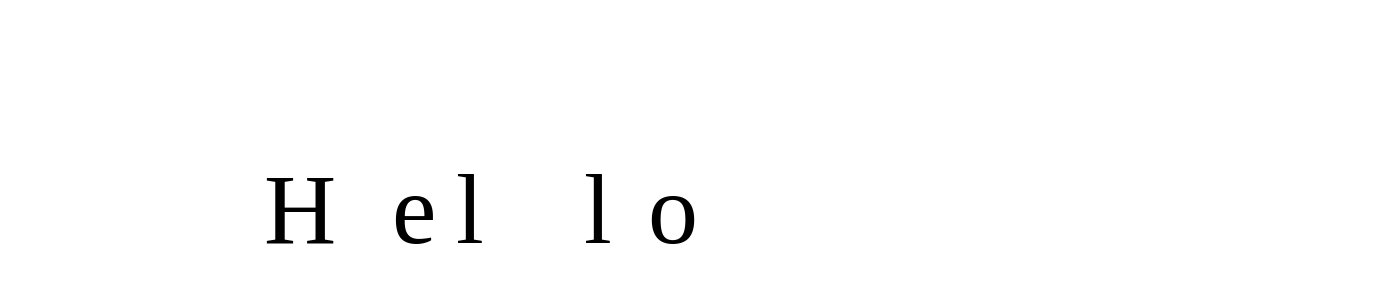
Repository: julihocc/javascript-interview-practice
Page: 01 HTML CSS/Exercise 75/index.html
The author's editor kept a copy of each file at every save. The page is drawn from the files as they stood at one save, then again after the next save.
The browser window is 1280 px wide. The page is 1400 px wide, so the pictures cover 1400 px, including what lies to the right of the window. The pictures show the whole page.

Above is the page before, as saved 2022-09-30 00:24:47.

### 01 HTML CSS/Exercise 75/index.html

<!DOCTYPE html>
<!--[if lt IE 7]>      <html class="no-js lt-ie9 lt-ie8 lt-ie7"> <![endif]-->
<!--[if IE 7]>         <html class="no-js lt-ie9 lt-ie8"> <![endif]-->
<!--[if IE 8]>         <html class="no-js lt-ie9"> <![endif]-->
<!--[if gt IE 8]>      <html class="no-js"> <!--<![endif]-->
<html>
    <head>
        <meta charset="utf-8">
        <meta http-equiv="X-UA-Compatible" content="IE=edge">
        <title></title>
        <meta name="description" content="">
        <meta name="viewport" content="width=device-width, initial-scale=1">
        <link rel="stylesheet" href="./style.css">
    </head>
    <body>
        <div class="wrapper">
            <div class="letter" id="l1">H</div>
            <div class="letter" id="l2">e</div>
            <div class="letter" id="l3">l</div>
            <div class="letter" id="l4">l</div>
            <div class="letter" id="l5">o</div>
        </div>
        <script src="" async defer></script>
    </body>
</html>

### 01 HTML CSS/Exercise 75/style.css
.wrapper {
    position: relative;
    left: 10vw;
    /* font-size:  100px; */
}

.letter{
    position: absolute;
    font-size: 100px;
    top: 20vh;
}

.letter:hover {
    position: absolute;
    font-size: 300px;
    top: 5vh;
}

#l1, #l1:hover {
    left: 10vw;
}

#l2, #l2:hover {
    left: 20vw;
}

#l3, #l3:hover {
    left: 25vw;
}

#l4, #l4:hover {
    left: 35vw;
}

#l5, #l5:hover {
    left: 40vw;
}

After the next save:
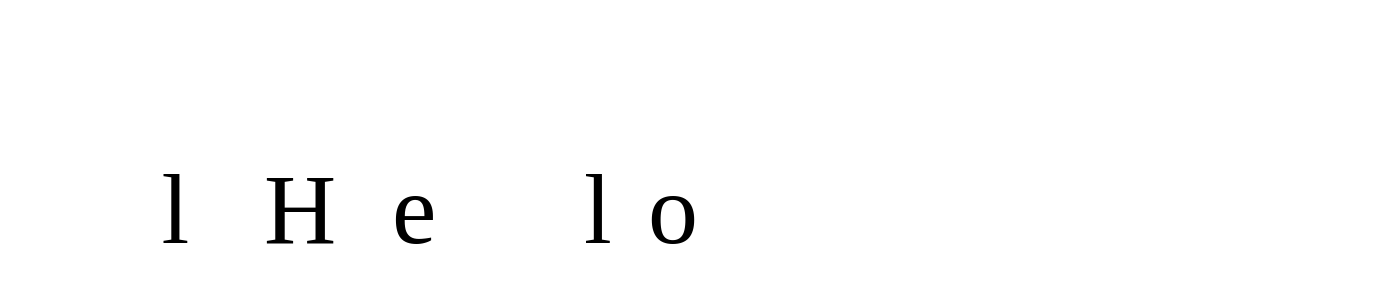
Saved 3 s later.
--- a/01 HTML CSS/Exercise 75/style.css
+++ b/01 HTML CSS/Exercise 75/style.css
@@ -25,7 +25,7 @@
 }
 
 #l3, #l3:hover {
-    left: 25vw;
+    left: 2vw;
 }
 
 #l4, #l4:hover {
